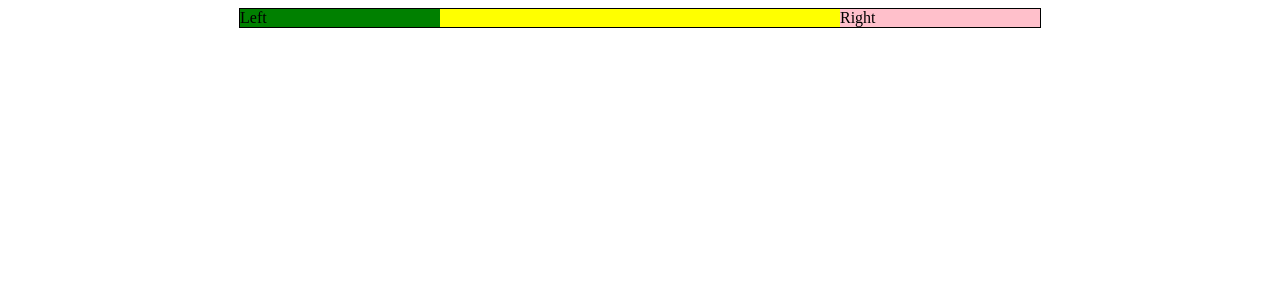
Repository: nanvon/front-end_byhuawei
Page: CSS_example.html
These files come from the project's save history. The page is drawn as it stood at one moment and after a run of saves; the edit follows.
The browser window is 1280 px wide. The pictures show the whole page.

Above is the page before, as saved 2020-12-10 19:53:08.

### CSS_example.html
<!DOCTYPE html>
<html lang="en">

<head>
    <meta charset="UTF-8">
    <meta name="viewport" content="width=device-width, initial-scale=1.0">
    <title>双飞翼布局</title>
    <style>
        .container {
            border: 1px solid #000;
            width: 800px;
            margin: auto;
            overflow: hidden;
        }

        .center {
            float: left;
            background: yellow;
            width: 100%;
        }

        .left {
            float: left;
            background: green;
            width: 200px;
            margin-left: -100%;
        }

        .right {
            float: left;
            background: pink;
            width: 200px;
            margin-left: -200px;
        }
    </style>
</head>

<body>
    <div class="container">
        <div class="center">Center
            <div></div>
        </div>
        <div class="left">Left</div>
        <div class="right">Right</div>
    </div>
</body>

</html>

After the next 5 saves:
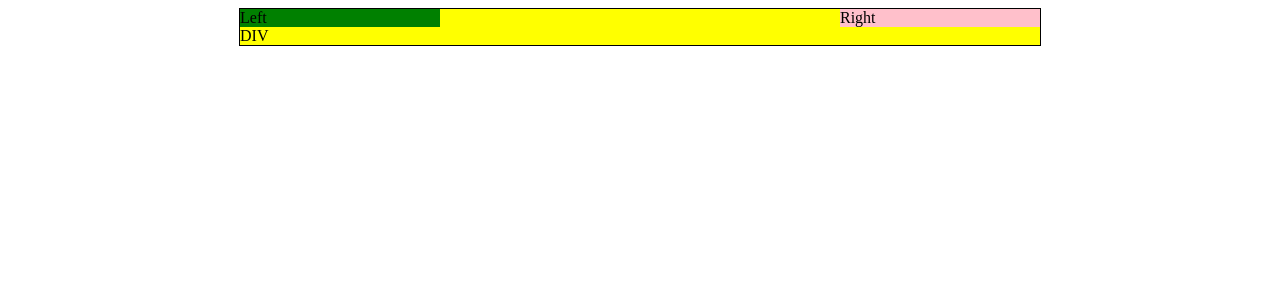
The 5 saves are shown as one change because they came seconds apart.
The last was saved 14 s later.
--- a/CSS_example.html
+++ b/CSS_example.html
@@ -38,7 +38,7 @@
 <body>
     <div class="container">
         <div class="center">Center
-            <div></div>
+            <div class="">DIV</div>
         </div>
         <div class="left">Left</div>
         <div class="right">Right</div>
